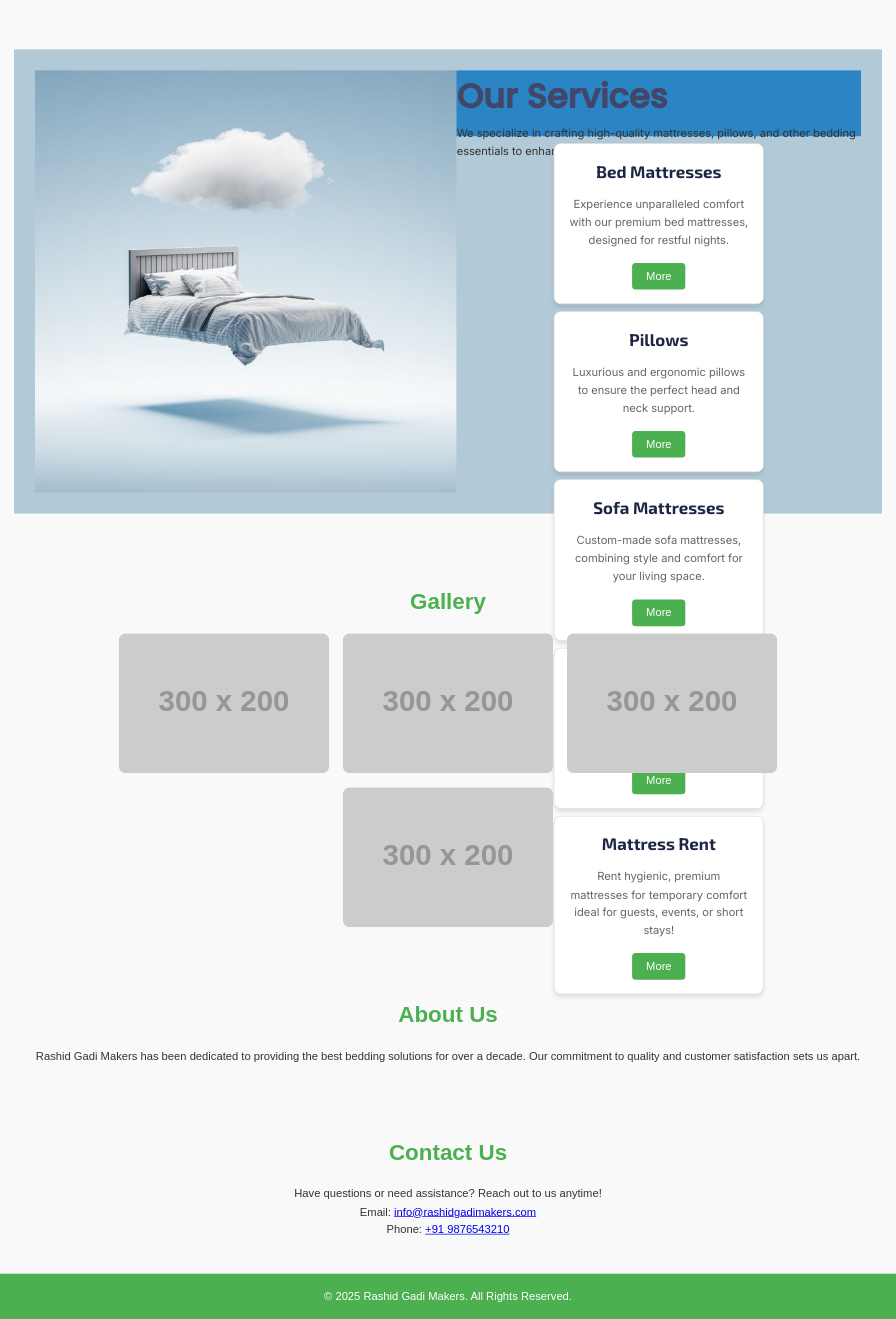
Repository: nadafgroup/rashidgadiUI
Page: src/home.html
The author's editor kept a copy of each file at every save. The page is drawn from the files as they stood at one save, then again after the next save.
The browser window is 1280 px wide. The pictures show the part of the page from y = 562 to 2446 px (the page is 2446 px tall), at 70% of full size.

Above is the page before, as saved 2025-01-23 12:04:09.

### src/home.html
<!DOCTYPE html>
<html lang="en">
<head>
    <meta charset="UTF-8">
    <meta name="viewport" content="width=device-width, initial-scale=1.0">
    <title>Rashid Gadi Makers</title>
   <link rel="stylesheet" href="./home.css">
</head>
<body>
    <!-- Navbar -->
    <nav class="navbar">
        <div class="logo">Rashid Gadi Makers</div>
        <ul>
            <li><a href="#home">Home</a></li>
            <li><a href="#services">Services</a></li>
            <li><a href="#gallery">Gallery</a></li>
            <li><a href="#about">About Us</a></li>
            <li><a href="#contact">Contact Us</a></li>
        </ul>
    </nav>

    <!-- Hero Section -->
    <div class="hero" id="home">
        <div class="content">
            <h1>Welcome to Rashid Gadi Makers</h1>
            <p>Your one-stop solution for premium mattresses and pillows.</p>
        </div>
    </div>

    <!-- Services Section -->
    <section  class="services" id="services">

        <div class="container">
            <img src="../assets/img/2.jpg" alt="">

        <div class="services-container">
            <div class="text">
            <h2>Our Services</h2>
            <p>We specialize in crafting high-quality mattresses, pillows, and other bedding essentials to enhance your comfort and well-being.</p>
        </div>
            <div class="service-card">
                <h3>Bed Mattresses</h3>
                <p>Experience unparalleled comfort with our premium bed mattresses, designed for restful nights.</p>
                <button class="btn-more">More</button>
            </div>
            <div class="service-card">
                <h3>Pillows</h3>
                <p>Luxurious and ergonomic pillows to ensure the perfect head and neck support.</p>
                <button class="btn-more">More</button>
            </div>
            <div class="service-card">
                <h3>Sofa Mattresses</h3>
                <p>Custom-made sofa mattresses, combining style and comfort for your living space.</p>
                <button class="btn-more">More</button>
            </div>
            <div class="service-card">
                <h3>Mattress Repair</h3>
                <p>Extend the life of your mattresses with our professional repair services.</p>
                <button class="btn-more">More</button>
            </div>
            <div class="service-card">
                <h3>Mattress Rent</h3>
                <p>Rent hygienic, premium mattresses for temporary comfort ideal for guests, events, or short stays!</p>
                <button class="btn-more">More</button>
            </div>
        </div>
    </div>
    </section>

    <!-- Gallery Section -->
    <section id="gallery">
        <h2>Gallery</h2>
        <div class="gallery">
            <img src="https://via.placeholder.com/300x200" alt="Gallery Image 1">
            <img src="https://via.placeholder.com/300x200" alt="Gallery Image 2">
            <img src="https://via.placeholder.com/300x200" alt="Gallery Image 3">
            <img src="https://via.placeholder.com/300x200" alt="Gallery Image 4">
        </div>
    </section>

    <!-- About Us Section -->
    <section id="about">
        <h2>About Us</h2>
        <p>Rashid Gadi Makers has been dedicated to providing the best bedding solutions for over a decade. Our commitment to quality and customer satisfaction sets us apart.</p>
    </section>

    <!-- Contact Section -->
    <section id="contact">
        <h2>Contact Us</h2>
        <p>Have questions or need assistance? Reach out to us anytime!</p>
        <p>Email: <a href="mailto:info@rashidgadimakers.com">info@rashidgadimakers.com</a></p>
        <p>Phone: <a href="tel:+919876543210">+91 9876543210</a></p>
    </section>

    <!-- Footer -->
    <footer>
        <p>&copy; 2025 Rashid Gadi Makers. All Rights Reserved.</p>
    </footer>
</body>
</html>

### src/home.css
@font-face {
    font-family: 'poppins';
    src: url('../assets/fonts/Poppins/Poppins-Medium.ttf') format('truetype');
}



@font-face {
    font-family: 'inter';
    src: url('../assets/fonts/Inter/Inter-VariableFont_opsz\,wght.ttf') format('truetype');
}

@font-face {
    font-family: 'Exo';
    src: url('../assets/fonts/Exo2-VariableFont_wght.ttf') format('truetype');
}

 /* Reset and Basic Styling */
 * {
    margin: 0;
    padding: 0;
    box-sizing: border-box;
}

body {
    font-family: Arial, sans-serif;
    line-height: 1.6;
    background-color: #f9f9f9;
    color: #333;
}

/* Navbar Styles */
.navbar {
    display: flex;
    justify-content: space-between;
    align-items: center;
    padding: 10px 20px;
    background-color: #4CAF50;
    color: white;
    position: sticky;
    top: 0;
    z-index: 1000;
}

.navbar .logo {
    font-size: 1.5rem;
    font-weight: bold;
}

.navbar ul {
    list-style: none;
    display: flex;
}

.navbar ul li {
    margin: 0 15px;
}

.navbar ul li a {
    text-decoration: none;
    color: white;
    transition: color 0.3s;
}

.navbar ul li a:hover {
    color: #ddd;
}

/* Hero Section */
.hero {
    display: flex;
    justify-content: center;
    align-items: center;
    text-align: center;
    background: url('../assets/img/1.png') no-repeat center center/cover;
    /* color: white; */
    height: 70vh;
    padding: 20px;
    animation: fadeIn 1.5s ease-in-out;
}

@keyframes fadeIn {
    from {
        opacity: 0;
        transform: translateY(-20px);
    }
    to {
        opacity: 1;
        transform: translateY(0);
    }
}



.content{
    backdrop-filter: blur(1px) saturate(180%);
    -webkit-backdrop-filter: blur(1px) saturate(180%);
    background-color: rgba(255, 255, 255, 0.74);
    border-radius: 12px;
    border: 1px solid rgba(209, 213, 219, 0.3);
    padding: 20px;
}

.content h1 {
    font-size: 3rem;
    background: linear-gradient(to right, #5c5cbe, #2b84c4);
    -webkit-background-clip: text;
    -webkit-text-fill-color: transparent;
    font-family: 'poppins';
}

.content p {
    font-size: 1.2rem;
    font-family: 'inter';

}

/* service */
/* Services Section Styling */



.container{
    height: 92vh;
    background-color: #b2c9d7;
    padding: 30px;
    margin-top: 20px;
    display: flex;

}

.services-container {
    display: flex;
    flex-wrap: wrap;
    justify-content: center;
    gap: 10px;
    /* margin-top: 20px; */
    text-align: left;
    margin-top: 0px;
    padding: 0px;
}



.text{
    background-color: #2b84c4;
    height: 13vh;
}


.text h2{
    font-family: 'poppins';
    font-size: 3rem;
    margin-bottom: 0px;
    text-align: left;
    color: #424769;

}

.text p{
    font-family: 'inter'
}

.service-card {
    background-color: white;
    border: 1px solid #ddd;
    border-radius: 10px;
    box-shadow: 0 4px 6px rgba(0, 0, 0, 0.1);
    width: 300px;
    padding: 20px;
    text-align: center;
    transition: transform 0.3s, box-shadow 0.3s;
}

.service-card:hover {
    transform: translateY(-5px);
    box-shadow: 0 6px 10px rgba(0, 0, 0, 0.2);
}

.service-card h3 {
    font-size: 1.5rem;
    color: #1F2544;
    margin-bottom: 15px;
    font-family: 'Exo';

}

.service-card p {
    font-size: 1rem;
    color: #666;
    margin-bottom: 20px;
    font-family: 'inter';
}

.btn-more {
    background-color: #4CAF50;
    color: white;
    border: none;
    border-radius: 5px;
    padding: 10px 20px;
    cursor: pointer;
    font-size: 1rem;
    transition: background-color 0.3s;
}

.btn-more:hover {
    background-color: #45a049;
}


/* Section Styles */
section {
    padding: 50px 20px;
    text-align: center;
}

section h2 {
    margin-bottom: 20px;
    font-size: 2rem;
    color: #4CAF50;
}

.gallery {
    display: flex;
    flex-wrap: wrap;
    justify-content: center;
    gap: 20px;
}

.gallery img {
    width: 300px;
    height: 200px;
    object-fit: cover;
    border-radius: 10px;
}

/* Footer Styles */
footer {
    text-align: center;
    padding: 20px;
    background-color: #4CAF50;
    color: white;
}

/* Responsive Design */
@media (max-width: 768px) {
    .hero h1 {
        font-size: 2.5rem;
    }

    .gallery img {
        width: 100%;
        max-width: 400px;
    }
}

After the next save:
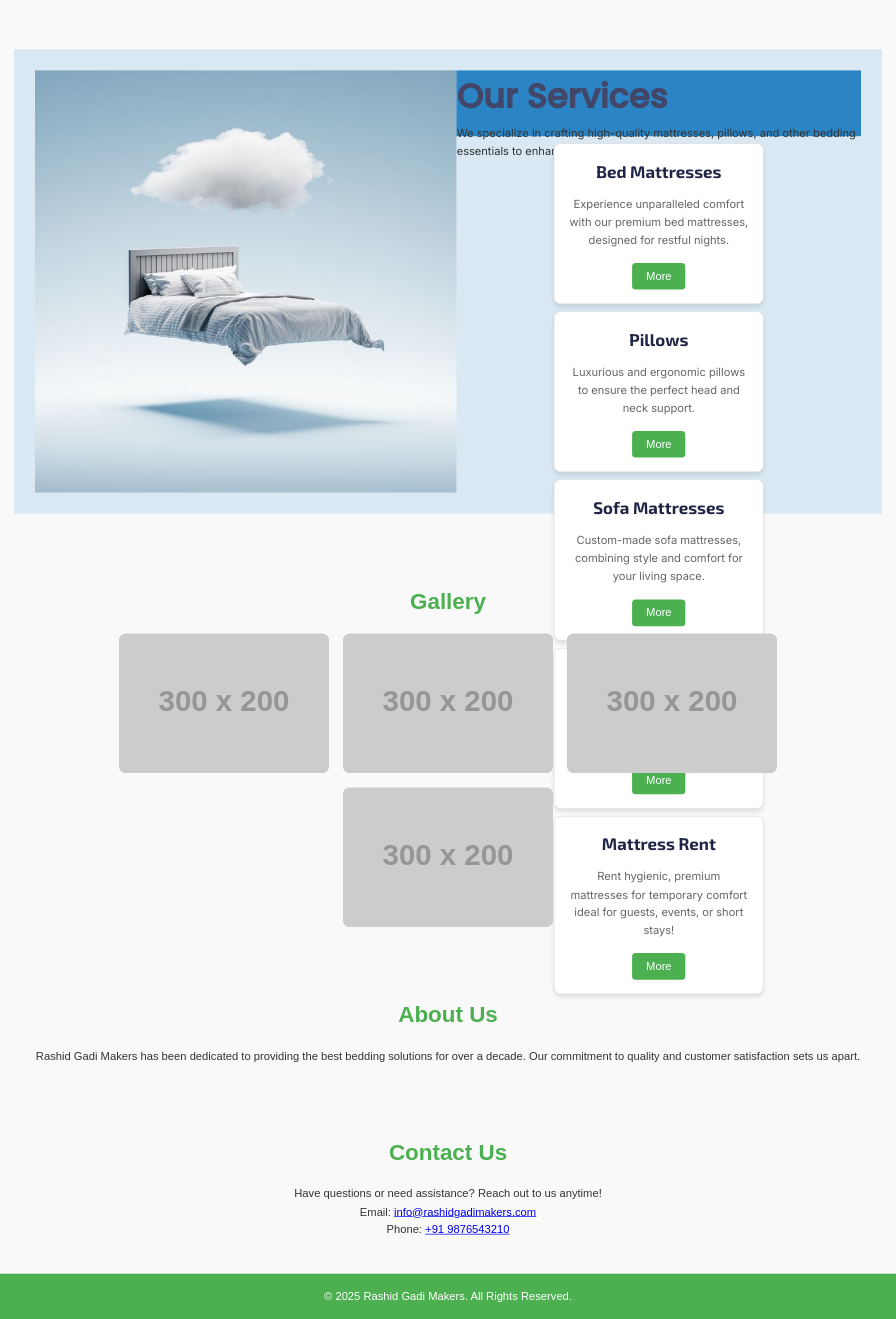
Saved 108 s later.
--- a/src/home.css
+++ b/src/home.css
@@ -122,7 +122,7 @@ body {
 
 .container{
     height: 92vh;
-    background-color: #b2c9d7;
+    background-color: #d9e8f2;
     padding: 30px;
     margin-top: 20px;
     display: flex;
